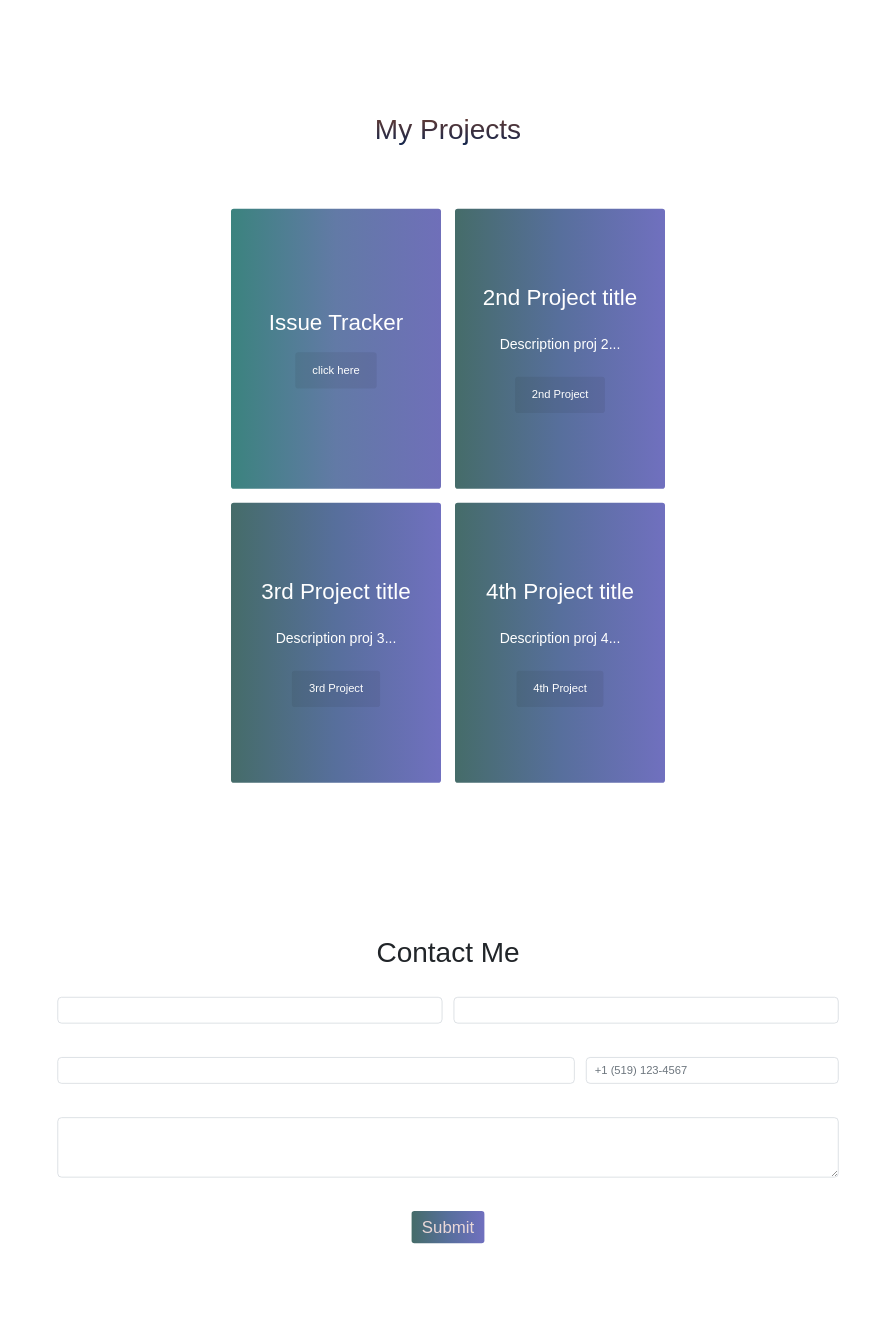
Repository: dvynchi/profile-2022
Page: index.html
The author's editor kept a copy of each file at every save. The page is drawn from the files as they stood at one save, then again after the next save.
The browser window is 1280 px wide. The pictures show the part of the page from y = 743 to 2663 px (the page is 2663 px tall before and 2243 px after), at 70% of full size.
Some web libraries are served in a nearby version.

Above is the page before, as saved 2022-08-22 18:47:26.

### index.html
<!DOCTYPE html>
<html lang="en">
<head>
    <meta charset="UTF-8">
    <meta http-equiv="X-UA-Compatible" content="IE=edge">
    <meta name="viewport" content="width=device-width, initial-scale=1.0">
    <title>Vincent Dim</title>
    <!-- embed remote icon library -->
    <script src="https://kit.fontawesome.com/f634dfbd28.js" crossorigin="anonymous"></script>
    <link rel="stylesheet" href="styles.css">
    <!-- embed remote style sheet - bootstrap -->
    <link rel="stylesheet" href="https://cdn.jsdelivr.net/npm/bootstrap@5.2.0/dist/css/bootstrap.min.css" rel="stylesheet" integrity="sha384-gH2yIJqKdNHPEq0n4Mqa/HGKIhSkIHeL5AyhkYV8i59U5AR6csBvApHHNl/vI1Bx" crossorigin="anonymous">
</head>

<body>

    <!-- Navbar Section -->

    <nav class="nav">
        <div class="navbar_container">
            <a href="#about" id="navbar_logo"><i class="fa fa-home fa" aria-hidden="true"></i></a>  <!--<a> is used to create hyperlink named color-->

                <!--create hamburger menu (3 bars)-->
            <div class="navbar_toggle" id="mobile-menu">
                <span class="bar"></span>
                <span class="bar"></span>
                <span class="bar"></span>
            </div>

            <!--CREATE NAV MENU-->
            <ul class="navbar_menu">
                <li class="navbar_item">
                    <a href="#about" class="navbar_links" id="about-page">About</a>
                </li>
                <li class="navbar_item">
                    <a href="#projects" class="navbar_links" id="projects-page">Projects</a>
                </li>
                <li class="navbar_item">
                    <a href="#contact" class="navbar_links" id="contact-page">Contact Me</a>
                </li>
            </ul>

            <!-- GitHub and Linkedin -->
            <ul class="icons">
                <li><a href="https://github.com/dvynchi/" class="github-icon"><span class="fa-brands fa-github"></span></a></li>
                <li><a href="#" class="linkedin-icon"><span class="fa-brands fa-linkedin-in"></span></a></li>
            </ul>
        </div>
    </nav>

    <!-- ABOUT and SIDEBAR -->
    <div class="main" id="about">
        <div class="main_container">
             <!-- SIDE BAR SECTION -->
             <div class="row">
                <div class="col-md-4 mt-1">
                    <div class="card text-center sidebar">
                        <div class="card-body">
                            <img src="./images/profile-pic-crop.png" class="rounded-circle" width="315" alt="profile picture">
                            <div class="mt-3">
                                <h3>Vincent Dim</h3>
                                <h2>Web Developer</h2>
                                <p>I am experienced at stuff...</p>
                            </div>
                        </div>
                    </div>
                </div>
                <!-- ABOUT SECTION -->
                <div class="col-md-8 mt-1">
                    <div class="card mb-3 content">
                        <h1 class="m-3 pt-3">About</h1>
                        <div class="card-body">
                            <div class="row">
                                <div class="col-md-3"><h5>Name</h5></div>
                                <div class="col-md-9"> Vincent Dim </div>
                            </div>
                            <hr> <!-- line break -->

                            <div class="row">
                                <div class="col-md-3"><h5>Email</h5></div>
                                <div class="col-md-9"> dvynchi@gmail.com</div>
                            </div>
                            <hr> <!-- line break -->

                            <div class="row">
                                <div class="col-md-3"><h5>Phone</h5></div>
                                <div class="col-md-9">647 704 2657</div>
                            </div>
                            <hr> <!-- line break -->

                            <div class="row">
                                <div class="col-md-3"><h5>Address</h5></div>
                                <div class="col-md-9">118 Vaughan Street, Guelph, ON</div>
                            </div>
                        </div>
                    </div>

                    <div class="card mb-3 content">
                        <h1 class="m-3">Portfolio</h1>
                        <div class="card-body">
                            <div class="row">
                                <div class="col-md-3">
                                    <h5>Current Portfolio</h5>
                                </div>
                                <div class="col-md-9">Link</div>
                            </div>
                        </div>
                    </div>
                </div>
            </div>
        </div>
    </div>


    <!-- PROJECTS SECTION (use image tag in place of p to insert an image)-->

    <div class="projects" id="projects">
        <h1>My Projects</h1>
        <div class="projects_wrapper">

            <div class="projects_card">
                <h2>Issue Tracker</h2>
                <!-- <p>Description proj 1...</p> -->
                <div class="projects_btn"><button onclick="location.href='https://dvynchi.github.io/issue-tracker/'" type="button">click here</button></div>
            </div>
            <!-- ------------------------- -->
            <div class="projects_card">
                <h2>2nd Project title</h2>
                <p>Description proj 2...</p>
                <div class="projects_btn"><button>2nd Project</button></div>
            </div>
            <!-- ------------------------- -->
            <div class="projects_card">
                <h2>3rd Project title</h2>
                <p>Description proj 3...</p>
                <div class="projects_btn"><button>3rd Project</button></div>
            </div>
            <!-- ------------------------- -->
            <div class="projects_card">
                <h2>4th Project title</h2>
                <p>Description proj 4...</p>
                <div class="projects_btn"><button>4th Project</button></div>
            </div>
        </div>
    </div>

    <!-- CONTACT SECTION (use image tag in place of p to insert an image)-->

    <div class="main" id="contact">
        <div class="main_container">
            <div class="main_content">
                <div class="container mt-5">
                    <h1>Contact Me</h1>
                    <!-- ----------- start grid (divide one row into cols) ----------->
                    <!-- ----------- Max container width is 12 ----------->
                    <!-- ----------- cols 1 + 2 = 100% , cols 3 + 4 = 100% ------->
                    <!-- ----------- 'required' ensures field must be filled --------->
                    <form class="row g-3" action="https://formsubmit.co/dvynchi@gmail.com" method="POST">

                        <!-- Honeypot -->
                        <input type="text" name="_honey" style="display: none">
                        <!-- Success Page -->
                        <input type="hidden" name="_next" value="https://dvynchi.github.io/profile-2022/success.html">

                        <!-----------col1--medium column of 50% (ie: 6/12)--------->
                        <div class="col-md-6">
                            <label for="firstName" class="form-label">First Name</label>
                            <input type="text" class="form-control"  name="name" id="firstName" required>
                        </div>

                        <div class="col-md-6">
                            <label for="lastName" class="form-label">Last Name</label>
                            <input type="text" class="form-control" name="Last Name" id="lastName" required>
                        </div>

                        <div class="col-md-8">
                            <label for="emailInfo" class="form-label">Email</label>
                            <input type="email" class="form-control" name="email" id="emailInfo" required>
                        </div>

                        <div class="col-md-4">
                            <label for="phoneNumber" class="form-label">Phone</label>
                            <input type="text" class="form-control" name="phone" id="phoneNumber" placeholder="+1 (519) 123-4567">
                        </div>
                        <!-- -------- comments box - full width of the container ------>
                        <div class="col-md-12">
                            <label for="message" class="form-label">Message</label>
                            <textarea class="form-control" id="message" name="message" rows="3" required></textarea>
                        </div>
                        <!-- -------- Button ------>
                        <div class="col-md-12">
                            <!-- <button class="submit" id="btn btn-primary">Submit</button> -->
                            <!-- Used <a> so hover effect doesn't cover text. -->
                            <button class="submit" id="btn btn-primary"><a> Submit</a></button>
                        </div>

                    </form>
                </div>
            </div>
        </div>
    </div>


    <!-- link app.js -->
    <!-- script tag is used to embed javascript-->
    <script src="app.js"></script>
</body>
</html>

### styles.css
* {
    box-sizing: border-box;
    margin: 0;
    padding: 0;
    font-family: 'Kumbh Sans', sans-serif;
    scroll-behavior: smooth;
}


/******************************************* NAV SECTION ***********************************************/
.nav {
    background: #131313;   /* Hex code */
    height: 80px;
    display: flex;
    justify-content: center;
    align-items: center;
    font-size: 1.4rem;        /* 1.4 * 16px */
    position: sticky;
    top: 0;
    z-index: 999;             /* so navbar is always on top when scrolling */
}

.navbar_container {
    display: flex;
    justify-content: space-between;
    text-align: center;
    height: 80px;
    z-index: 1;
    width: 100%;
    max-width: 1300px;
    margin: 0 auto ;           /* (top and bottom) (left and right) */
    padding: 0 50px;
}


/* id(#) is used to style only one element on the webpage */
/* class(.) is used to style multiple elements */


/* I added an icon as opposed to text */

#navbar_logo {
    margin: 10px;
    height: 60px;
    width: 60px;
    border-radius: 2px;
    display: flex;
    flex-direction: column;
    justify-content: center;
    color: #fff;
    background-image: linear-gradient(to right, #03324e 0%, #0e2d3e 100%);
}

.navbar_menu {
    display: flex;
    align-items: center;
    list-style: none;
}

.navbar_item {
    height: 80px;
}

.navbar_links {
    color: #fff;
    display: flex;
    align-items: center;
    justify-content: center;
    width: 125px;
    text-decoration: none;
    height: 100%;
    transition: all 0.3s ease;
}

/*Home icon properties*/
.navbar_btn {
    display: flex;
    justify-content: center;
    align-items: center;
    padding: 0 1rem;                         /* top bottom, left right */
    width: 100%;
}

/* nav links glow upon hover */
.navbar_links:hover {
    color:#1176b9;
    transition: all 0.3s ease;
}

/* RESPONSIVENESS */
/* site adjusts width of display */
/* If [device width] is less than or equal to max-width do {..} */

@media screen and (max-width: 960px) {
    .navbar_container {
        display: flex;
        justify-content: space-between;
        height: 80px;
        z-index: 1;
        width: 100%;
        max-width: 1300px;
        padding: 0;
    }

    /* DROPDOWN PROPERTIES */
    .navbar_menu {
        display: grid;
        grid-template-columns: auto;
        margin: 0;
        width: 100%;
        position: absolute;
        top: -1000px;               /* Prevents navbar from clustering together if page is below max-width. Must be used with position absolute */
        opacity: 1;
        transition: all 0.5s ease;
        z-index: -1;
    }

    .navbar_menu.active {
        background: #131313;
        top: 100%;
        opacity: 1;
        transition: all 0.5s ease;
        z-index: 99;
        height: 40vh;
        font-size: 1.6rem;
    }

    #navbar_logo {
        padding-left: 1px;       /* original padding was 25px */
    }

    /* HAMBURGER SECTION */

    .navbar_toggle .bar {
        width: 25px;
        height: 3px;
        margin: 5px auto;
        transition: all 0.3s ease-in-out;
        background: #fff;
    }

    .navbar_item {
        width: 100%;
    }

    .navbar_links {
        text-align: center;
        padding: 2rem;
        width: 100%;
        display: table;
    }

    .navbar_btn  {
        padding-bottom: 2rem;
    }

    /* HAMBURGER */

    #mobile-menu  {
        position: absolute;
        top: 20%;
        right: 5%;
        transform: translate(5%, 20%);
    }

    .navbar_toggle .bar {
        display: block;
        cursor: pointer;
    }

    /* hamburger menu animation (see app.js) */
    /* hamburger menu id was defined as 'mobile-menu' in index.html */
    /* rotate bars 1,3; but hide bar 2 */

    #mobile-menu.is-active .bar:nth-child(2)  {
        opacity: 0;
    }
    #mobile-menu.is-active .bar:nth-child(1) {
        transform: translateY(8px) rotate(45deg);
    }
    #mobile-menu.is-active .bar:nth-child(3) {
        transform: translateY(-8px) rotate(-45deg);
    }

}


/* SCROLL ATTRIBUTE - line under nav links*/
.highlight {
    border-bottom: 4px solid rgb(0, 162, 255);
}


/******************************************* SIDEBAR ***********************************************/

.card-body {
    background: #0F2027;
    background: -webkit-linear-gradient(to right, #2C5364, #203A43, #0F2027);
    background: linear-gradient(to right, #2C5364, #203A43, #0F2027);
    height: 100%;
}

.card-body h2, .card-body h3, .card-body p {
    color: #fff;
}

/******************************************* ABOUT SECTION ***********************************************/

.main {
    background-color:  white;
    padding: 5rem 0;                        /* was 10rem, but too much space */
}

.main_container {
    display: grid;
    grid-template-columns: 1fr;      /*original was 1fr 1fr - split into two halves but not enough space */
    align-items: center;
    justify-content: center;
    margin: 0 auto;
    height: 90%;
    z-index: 1;
    width: 100%;
    max-width: 1300px;
    padding: 0 50px;
}

.main_container h3 {
    font-size: 2.5rem;
}

.row {
    color: #fff;
}

.card {
    background: -webkit-linear-gradient(to right, #2C5364, #203A43, #0F2027);
    background: linear-gradient(to right, #2C5364, #203A43, #0F2027);
}


/* Mobile Responsiveness for Sidebar, About and Contact Sections */

@media screen and (max-width: 1300px) {
    main_container
    {
        display: grid;
        grid-template-columns: 1fr;
        align-items: center;
        justify-content: center;
        width: 100%;
        margin: 0 auto;
        height: 90%;
    }

    .main_content  {
        text-align: center;
        margin-bottom: 4rem;
    }

    .main_content h1  {
        font-size: 2.5rem;
        margin-top: 2rem;
    }

    .main_content h2  {
        font-size: 2.5rem;
    }

    .main_content p  {
        font-size: 1rem;
        margin-top: 1.5rem;
    }

    .row img {                                       /* center image with screen change */
        display: grid;
        grid-template-columns: 1fr;
        align-items: center;
        justify-content: center;
        width: 100%;
        margin: 0 auto;
        height: 90%;

    }
}


/******************************************* PROJECTS SECTION ***********************************************/

.projects {
    background: white;
    display: flex;
    flex-direction: column;
    justify-content: center;
    align-items: center;
    height: 100%;
    padding: 5rem 0;                                 /* was 10rem, but too much space */
  }

.projects h1 {
    background-color: #6325a1;
    background-image: linear-gradient(to top, #10234c 0%, #724030 100%);
    background-size: 100%;
    -webkit-background-clip: text;
    -moz-background-clip: text;
    -webkit-text-fill-color: transparent;
    -moz-text-fill-color: transparent;
    margin-bottom: 5rem;
    font-size: 2.5rem;
}

.projects_wrapper {
    display: grid;
    grid-template-columns: 1fr 1fr 1fr 1fr;     /* add more per new project */
    grid-template-rows: 1fr;
}

/* Add color to each project card */

.projects_card {
    margin: 10px;
    height: 400px;
    width: 300px;
    border-radius: 4px;
    display: flex;
    flex-direction: column;
    justify-content: center;
    color: #fff;
    background-image: linear-gradient(to right,#3b837e, #627aa6, #6f6fb9);
    transition: 0.3s ease-in;
}

.projects_card:nth-child(2) {
    background: #7F7FD5;  /* fallback for old browsers */
    background: -webkit-linear-gradient(to right, #3b837e, #627aa6, #6f6fb9);
    background: linear-gradient(to right, #456c69, #576f9c, #7070bf);
}

.projects_card:nth-child(3) {
    background: #7F7FD5;  /* fallback for old browsers */
    background: -webkit-linear-gradient(to right, #3b837e, #627aa6, #6f6fb9);
    background: linear-gradient(to right, #456c69, #576f9c, #7070bf);
}

.projects_card:nth-child(4) {
    background: #7F7FD5;
    background: -webkit-linear-gradient(to right, #3b837e, #627aa6, #6f6fb9);
    background: linear-gradient(to right, #456c69, #576f9c, #7070bf);
}

.projects_card:nth-child(5) {
    background: #7F7FD5;
    background: -webkit-linear-gradient(to right, #3b837e, #627aa6, #6f6fb9);
    background: linear-gradient(to right, #456c69, #576f9c, #7070bf);
}

.projects_card:nth-child(6) {
    background: #7F7FD5;
    background: -webkit-linear-gradient(to right, #3b837e, #627aa6, #6f6fb9);
    background: linear-gradient(to right, #456c69, #576f9c, #7070bf);
}

.projects_card h2 {
    text-align: center;
}

.projects_card h3 {
    text-align: center;
}

.projects_card p {
    text-align: center;
    margin-top: 24px;
    font-size: 20px;
}

.projects_btn {
    display: flex;
    justify-content: center;
    margin-top: 16px;
}

/* button properties and animation. The entire card is the button */

.projects_card button {
    color: #fff;
    padding: 14px 24px;
    border: none;
    outline: none;
    border-radius: 4px;
    background: #13131313;
    font-size: 1rem;
}

.projects_card button:hover {
    cursor: pointer;
}

.projects_card:hover {
    transform: scale(1.075);
    transition: 0.3s ease-in;
    cursor: pointer;
}

/* split cards into grid at specified browser width */

@media screen and (max-width: 1300px) {
    .projects_wrapper {
        grid-template-columns: 1fr 1fr;
    }
}

@media screen and (max-width: 768px) {
    .projects_wrapper {
        grid-template-columns: 1fr;
    }
}

/******************************************* CONTACT SECTION ***********************************************/


.main_content {
    text-align: center;
    margin-bottom: 4rem;
}

.main_content h1 {
    font-size: 2.5rem;
    margin-top: 2rem;
}

.main_content h2 {
    font-size: 2.5rem;
}

.main_content p {
    font-size: 1rem;
    margin-top: 1.5rem;
}


.submit {
    font-size: 1.5rem;
    background: #7F7FD5;
    background: -webkit-linear-gradient(to right, #3b837e, #627aa6, #6f6fb9);
    background: linear-gradient(to right, #456c69, #576f9c, #7070bf);
    padding: 5px 15px;
    border: none;
    outline: none;
    border-radius: 4px;
    margin-top: 2rem;
    cursor: pointer;
    position: relative;
    color: rgb(234, 216, 216);
    transition: all 0.3s ease;
    outline: none;
}

.submit a {
    position: relative;
    z-index: 2;
    color: #fff;
    text-decoration: none;
}

/* hover effect for button */
.submit::after {
    position: absolute;
    content: '';
    top: 0;
    left: 0;
    width: 0;
    height: 100%;
    background: #740274;
    transition: all 0.35s;
    border-radius: 4px;
}

.submit:hover {
    color: rgb(255, 255, 255);
}

.submit:hover:after {
    width: 100%;
}

### app.js
const ham = document.querySelector('#mobile-menu');
const hamLinks = document.querySelector('.navbar_menu');
// const navLogo = document.querySelector('#navbar_logo')

/* display mobile menu using arrow function */
/* toggle the "is-active" class made in css */

const mobileMenu = () =>
{
    ham.classList.toggle('is-active');
    hamLinks.classList.toggle('active');
};

/* Run hamMenu function upon click */
ham.addEventListener('click', mobileMenu);




/************************************* Unnecessary ****************************************************** */


/* Show active menu when scrolling - Auto switch navbar when scrolling */

const highlightMenu = () =>
{
    const elem = document.querySelector('.highlight')
    const homeMenu = document.querySelector('#about-page')
    const aboutMenu = document.querySelector('#projects-page')
    const contactMenu = document.querySelector('#contact-page')

    let scrollPos = window.scrollY

      //   Add highlights class to menu items [desktop view only i.e 960px]
      //   Every 600px while scrolling, the tabs auto switch to the corresponding page
    if (window.innerWidth > 960 && scrollPos < 600)
    {
        homeMenu.classList.add('highlight')
        aboutMenu.classList.remove('highlight')
        return;
    }
    else if (window.innerWidth > 960 && scrollPos < 1400)
    {
        aboutMenu.classList.add('highlight')
        homeMenu.classList.remove('highlight')
        contactMenu.classList.remove('highlight')
        return;
    }
    else if (window.innerWidth > 960 && scrollPos < 2345)
    {
        contactMenu.classList.add('highlight')
        aboutMenu.classList.remove('highlight')
        return;
    }

    if ((elem && window.innerWidth < 960 && scrollPos < 600) || elem)
    {
        elem.classList.remove('highlight')
    }

}

// call highlightMenu
window.addEventListener('scroll', highlightMenu);
window.addEventListener('click', highlightMenu);

After the next save:
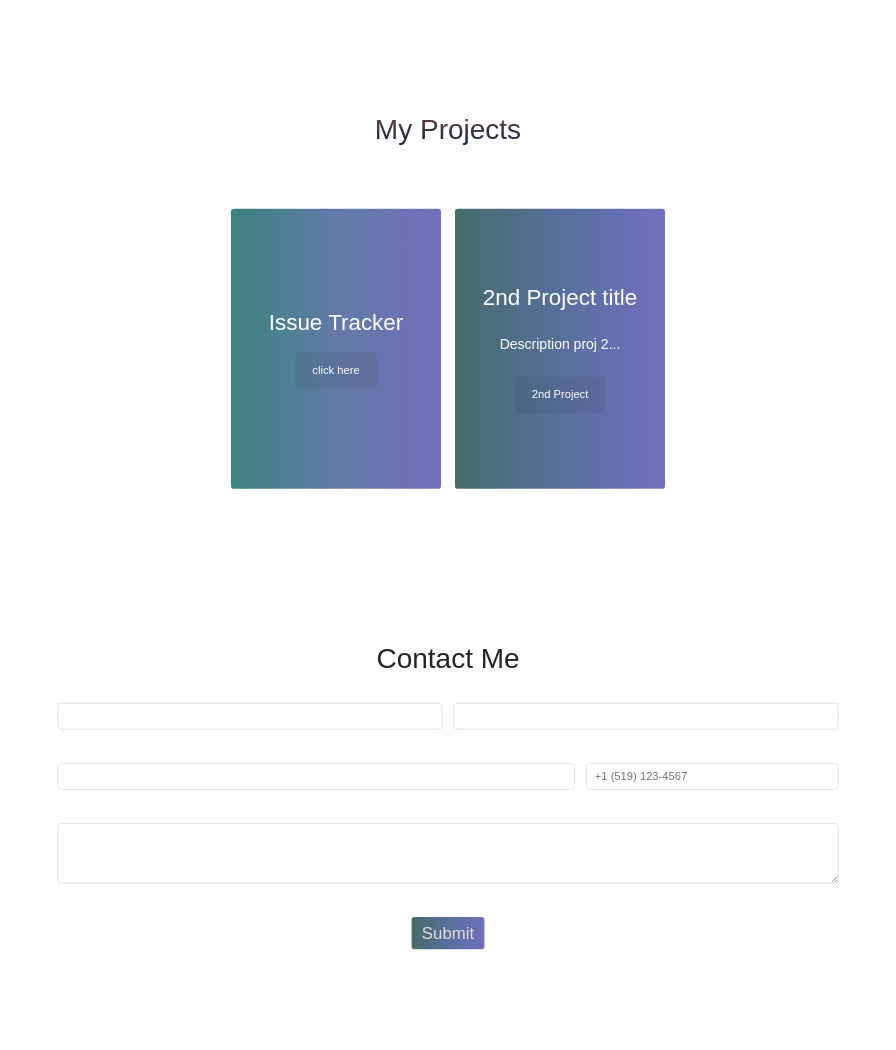
Saved 57 s later.
--- a/index.html
+++ b/index.html
@@ -130,17 +130,17 @@
                 <div class="projects_btn"><button>2nd Project</button></div>
             </div>
             <!-- ------------------------- -->
-            <div class="projects_card">
+            <!-- <div class="projects_card">
                 <h2>3rd Project title</h2>
                 <p>Description proj 3...</p>
                 <div class="projects_btn"><button>3rd Project</button></div>
-            </div>
+            </div> -->
             <!-- ------------------------- -->
-            <div class="projects_card">
+            <!-- <div class="projects_card">
                 <h2>4th Project title</h2>
                 <p>Description proj 4...</p>
                 <div class="projects_btn"><button>4th Project</button></div>
-            </div>
+            </div> -->
         </div>
     </div>
 
